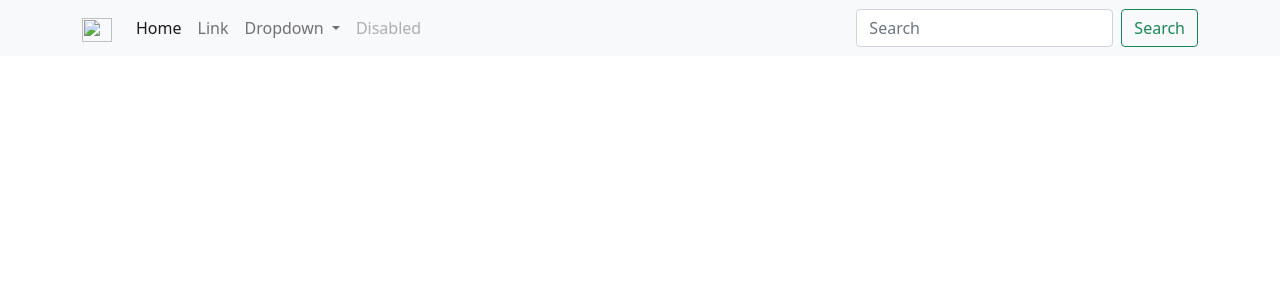
Repository: mdmohiddin/panda-commerce-rp
Page: index.html
These files come from the project's save history. The page is drawn as it stood at one moment and after the next save; the edit follows.
The browser window is 1280 px wide. The pictures show the whole page.

Above is the page before, as saved 2021-07-28 16:27:13.
Not found: docs/5.0/assets/brand/bootstrap-logo.svg

### index.html
<!DOCTYPE html>
<html lang="en">
<head>
    <meta charset="UTF-8">
    <meta http-equiv="X-UA-Compatible" content="IE=edge">
    <meta name="viewport" content="width=device-width, initial-scale=1.0">
    <title>panda-commerce</title>
    <!-- Bootstrap Stylesheet -->
    <link href="https://cdn.jsdelivr.net/npm/bootstrap@5.0.2/dist/css/bootstrap.min.css" rel="stylesheet" integrity="sha384-EVSTQN3/azprG1Anm3QDgpJLIm9Nao0Yz1ztcQTwFspd3yD65VohhpuuCOmLASjC" crossorigin="anonymous">

</head>
<body>
    <!-- header star -->
    <header>
        <nav class="navbar navbar-expand-lg navbar-light bg-light">
            <div class="container">
              <a class="navbar-brand" href="#">
                <img src="/docs/5.0/assets/brand/bootstrap-logo.svg" alt="" width="30" height="24">
              </a>
              <button class="navbar-toggler" type="button" data-bs-toggle="collapse" data-bs-target="#navbarSupportedContent" aria-controls="navbarSupportedContent" aria-expanded="false" aria-label="Toggle navigation">
                <span class="navbar-toggler-icon"></span>
              </button>
              <div class="collapse navbar-collapse" id="navbarSupportedContent">
                <ul class="navbar-nav me-auto mb-2 mb-lg-0">
                  <li class="nav-item">
                    <a class="nav-link active" aria-current="page" href="#">Home</a>
                  </li>
                  <li class="nav-item">
                    <a class="nav-link" href="#">Link</a>
                  </li>
                  <li class="nav-item dropdown">
                    <a class="nav-link dropdown-toggle" href="#" id="navbarDropdown" role="button" data-bs-toggle="dropdown" aria-expanded="false">
                      Dropdown
                    </a>
                    <ul class="dropdown-menu" aria-labelledby="navbarDropdown">
                      <li><a class="dropdown-item" href="#">Action</a></li>
                      <li><a class="dropdown-item" href="#">Another action</a></li>
                      <li><hr class="dropdown-divider"></li>
                      <li><a class="dropdown-item" href="#">Something else here</a></li>
                    </ul>
                  </li>
                  <li class="nav-item">
                    <a class="nav-link disabled" href="#" tabindex="-1" aria-disabled="true">Disabled</a>
                  </li>
                </ul>
                <form class="d-flex">
                  <input class="form-control me-2" type="search" placeholder="Search" aria-label="Search">
                  <button class="btn btn-outline-success" type="submit">Search</button>
                </form>
              </div>
            </div>
          </nav>
    </header>
    <main>

    </main>
    <footer>

    </footer>

    <!-- Bootstrap JS -->
    <script src="https://cdn.jsdelivr.net/npm/bootstrap@5.0.2/dist/js/bootstrap.bundle.min.js" integrity="sha384-MrcW6ZMFYlzcLA8Nl+NtUVF0sA7MsXsP1UyJoMp4YLEuNSfAP+JcXn/tWtIaxVXM" crossorigin="anonymous"></script>
</body>
</html>

After the next save:
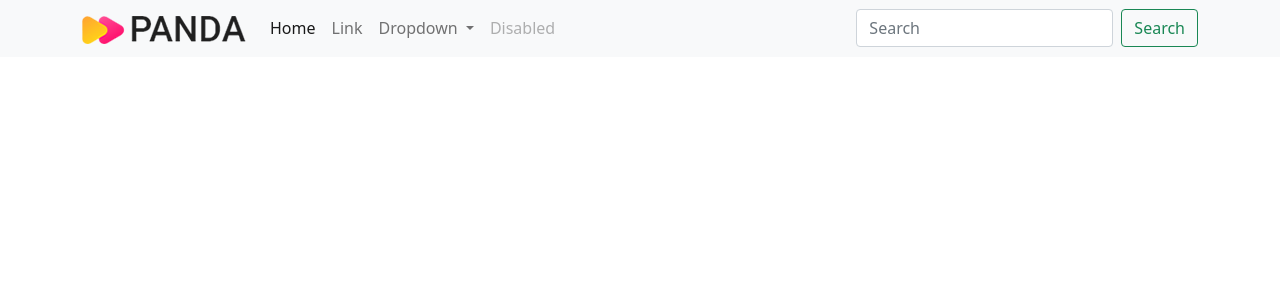
Saved 35 s later.
--- a/index.html
+++ b/index.html
@@ -15,7 +15,7 @@
         <nav class="navbar navbar-expand-lg navbar-light bg-light">
             <div class="container">
               <a class="navbar-brand" href="#">
-                <img src="/docs/5.0/assets/brand/bootstrap-logo.svg" alt="" width="30" height="24">
+                <img src="images/logo.png" alt="">
               </a>
               <button class="navbar-toggler" type="button" data-bs-toggle="collapse" data-bs-target="#navbarSupportedContent" aria-controls="navbarSupportedContent" aria-expanded="false" aria-label="Toggle navigation">
                 <span class="navbar-toggler-icon"></span>
